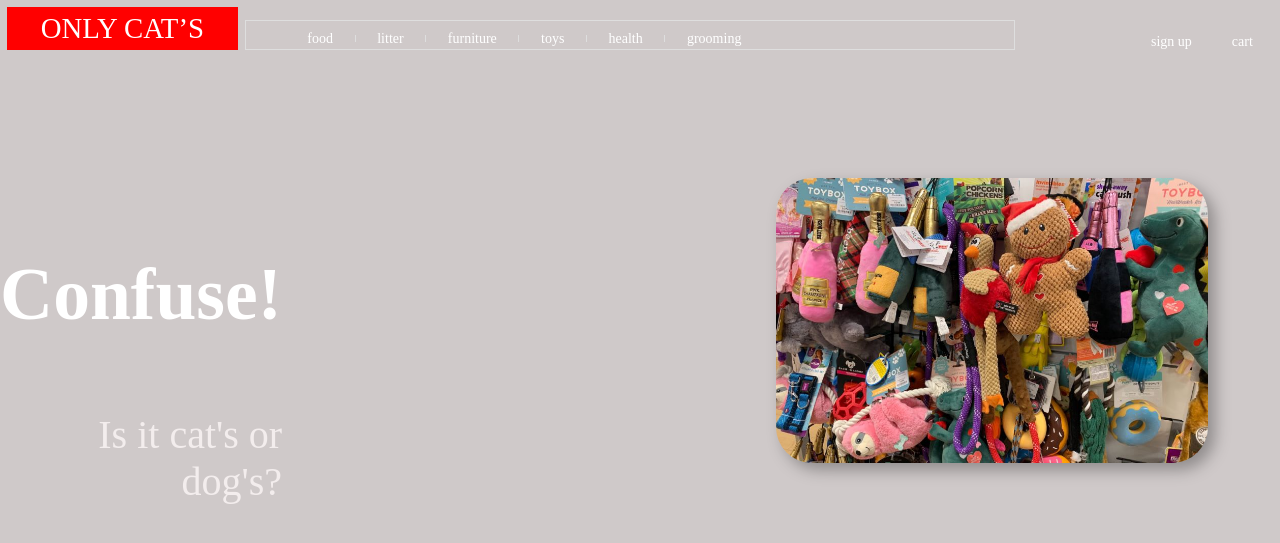
Repository: itson1115/chan_git
Page: cat/index2.html
The author's editor kept a copy of each file at every save. The page is drawn from the files as they stood at one save, then again after a run of saves.
The browser window is 1280 px wide. The pictures show the whole page.

Above is the page before, as saved 2021-09-02 04:33:38.

### cat/index2.html
<!DOCTYPE html>
<html lang="ko">
<head>
  <meta charset="UTF-8">
  <meta http-equiv="X-UA-Compatible" content="IE=edge">
  <meta name="viewport" content="width=device-width, initial-scale=1.0">
  <title>Document</title>
  <link rel="stylesheet" href="css/style2.css">
</head>
<body>
  <header>
    <div class="logo">ONLY CAT’S</div>
    <div class="navi">
      <nav>
        <ul>
          <li>food</li>
          <li>litter</li>
          <li>furniture</li>
          <li>toys</li>
          <li>health</li>
          <li>grooming</li>
        </ul>
      </nav>
    </div>
    <div class="my">
      <span>sign up</span><span>cart</span>
    </div>
  </header>
  <section class="container">
    <article class="confuse">
      <div class="article-body">
        <h1>Confuse!</h1>
        <p>Is it cat's or<br/>dog's?</p>
      </div>
      <div class="article-image">
        <img src="images/toys.jpg"/>
      </div>
    </article>
  </section>
</body>
</html>

### cat/css/style2.css
@import url("https://fonts.googleapis.com/css?family=Roboto:700");

:root {
  --title-text-show-delay: 0.5s;
  --title-text-show-duration: 0.5s;
  --title-rect-show-duration: 0.3s;
  --title-cats-show-duration: 0.4s;
  --title-rect-hide-delay: 2s;
}

body {
  margin: 0;
  padding: 0;
  background: #cfc9c9;
  color: white;
  font-size: 14px;
}

header {
  position: relative;
  height: 7vmin;
}

h1 {
  font-size: 4.6rem;
}

header .logo {
  margin: 1vmin 1vmin;
  float: left;
  width: 18vmax;
  height: 6vmin;
  background: red;
  text-align: center;
  font-size: 1.8rem;
  line-height: 6vmin;
}

header .navi {
  position: absolute;
  bottom: 0;
  border: 1px solid #dedede;
  display: inline-block;
  width: 60vmax;
  height: 4vmin;
  float: left;
}

header nav {
  text-align: center;
  line-height: 1vmin;
}

header nav ul {
  list-style-type: none;
  /* padding-left: 0; */
}

header nav li {
  float: left;
  padding: 0 3vmin;
  border-right: 1px solid #dedede;
}

header nav li:nth-last-child(1) {
  border-right: none;
}

header nav li:hover {
  color: #000;
  cursor: grab;
}

header::after {
  display: block;
  content: "";
  clear: both;
}

header .my {
  position: absolute;
  right: 1vmin;
  bottom: 0;
  display: inline-block;
}

header .my span {
  padding: 0 20px;
}

section.container {
  position: relative;
  margin-top: 10vmax;
  background: grey;
}

.article-body {
  text-align: right;
}

.article-body > p {
  font-size: 2.5rem;
  color: #f3eded;
}

.article-image {
  position: absolute;
  right: 10vmin;
}

.article-image > img {
  width: 60vmin;
  margin-left: 5vmin;
  border-radius: 5vmin;
  filter: drop-shadow(1vmin 1vmin 1vmin rgba(0, 0, 0, 0.3));
}

.article-body {
  float: left;
}

After the next 4 saves:
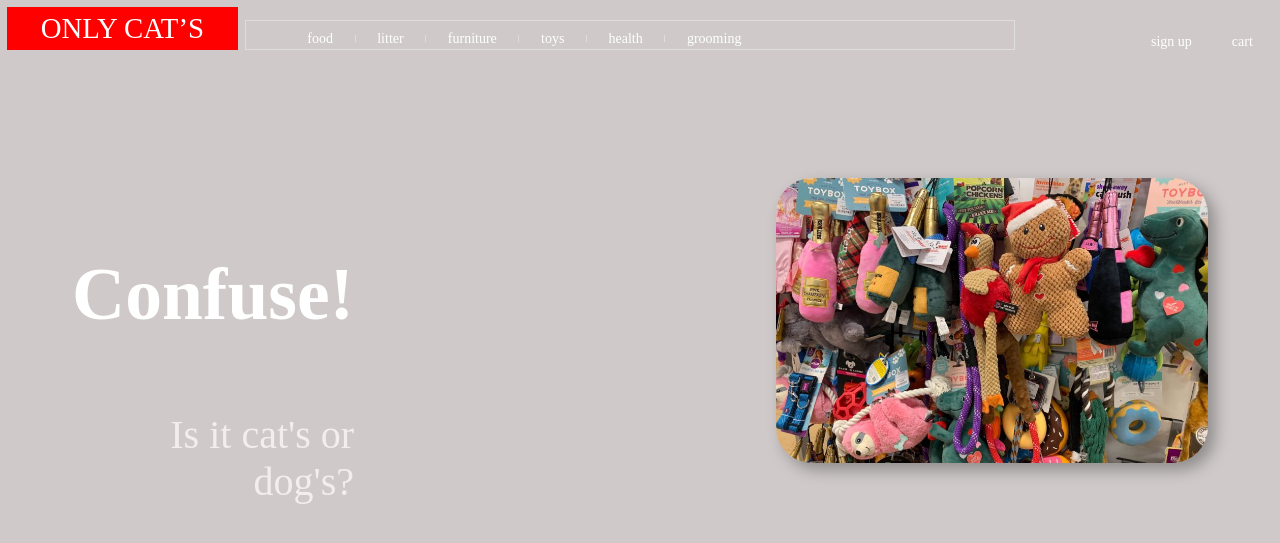
The 4 saves are shown as one change because they came seconds apart.
The last was saved 10 s later.
--- a/cat/css/style2.css
+++ b/cat/css/style2.css
@@ -95,6 +95,7 @@
 }
 
 .article-body {
+  margin-left: 10vmin;
   text-align: right;
 }
 
